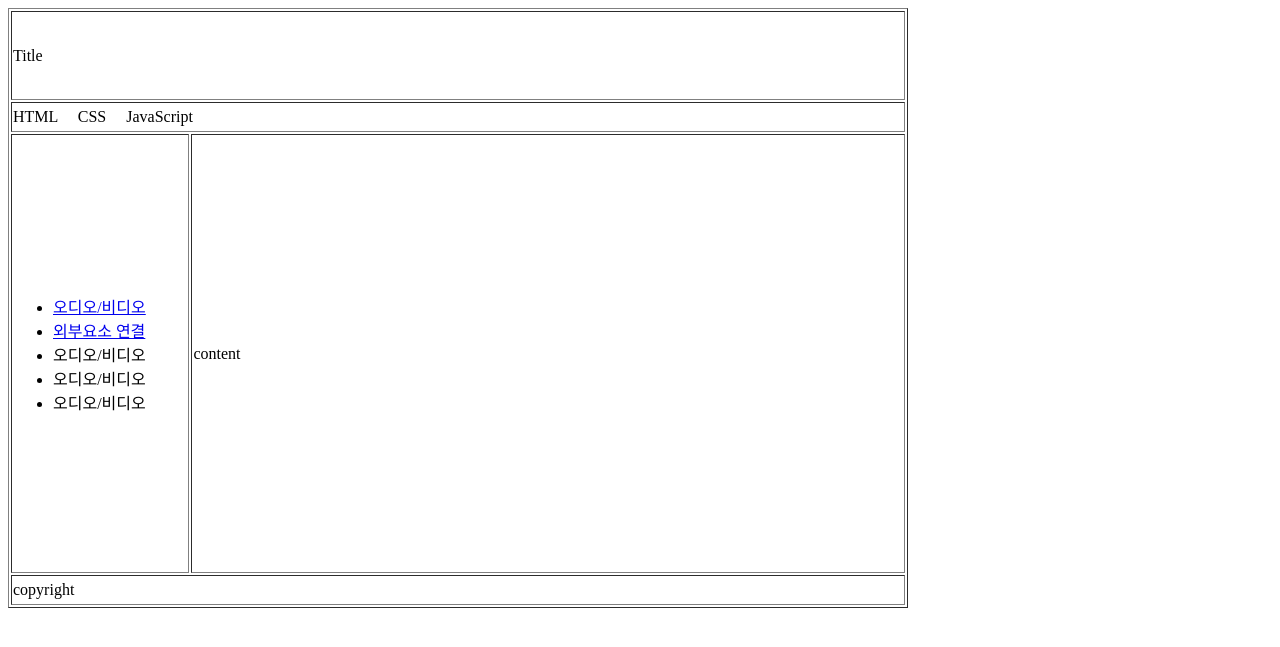
Repository: Hwangjiwon/MultiCampus
Page: 2Study/WebContent/html/iframe.html
These files come from the project's save history. The page is drawn as it stood at one moment and after the next save; the edit follows.
The browser window is 1280 px wide. The pictures show the whole page.

Above is the page before, as saved 2019-05-30 04:39:38.

### 2Study/WebContent/html/iframe.html
<!DOCTYPE html>
<html>
<head>
<meta charset="UTF-8">
<title>Insert title here</title>
</head>
<body>
	 <table border="1" width="900" height="600">
      <tr height="15%"><td colspan="2">Title</td></tr>
      <tr height="5%"><td colspan="2">HTML &nbsp;&nbsp;&nbsp; CSS &nbsp;&nbsp;&nbsp; JavaScript</td></tr>
      <tr><td width="20%">
      <ul>
         <li><a href="../index.html">오디오/비디오</a></li>
         <li><a href="../index.html">외부요소 연결</a></li>
         <li>오디오/비디오</li>
         <li>오디오/비디오</li>
         <li>오디오/비디오</li>
      </ul></td><td>content</td></tr>
      <tr height="5%"><td colspan="2">copyright</td></tr>
   </table>

</body>
</html>

After the next save:
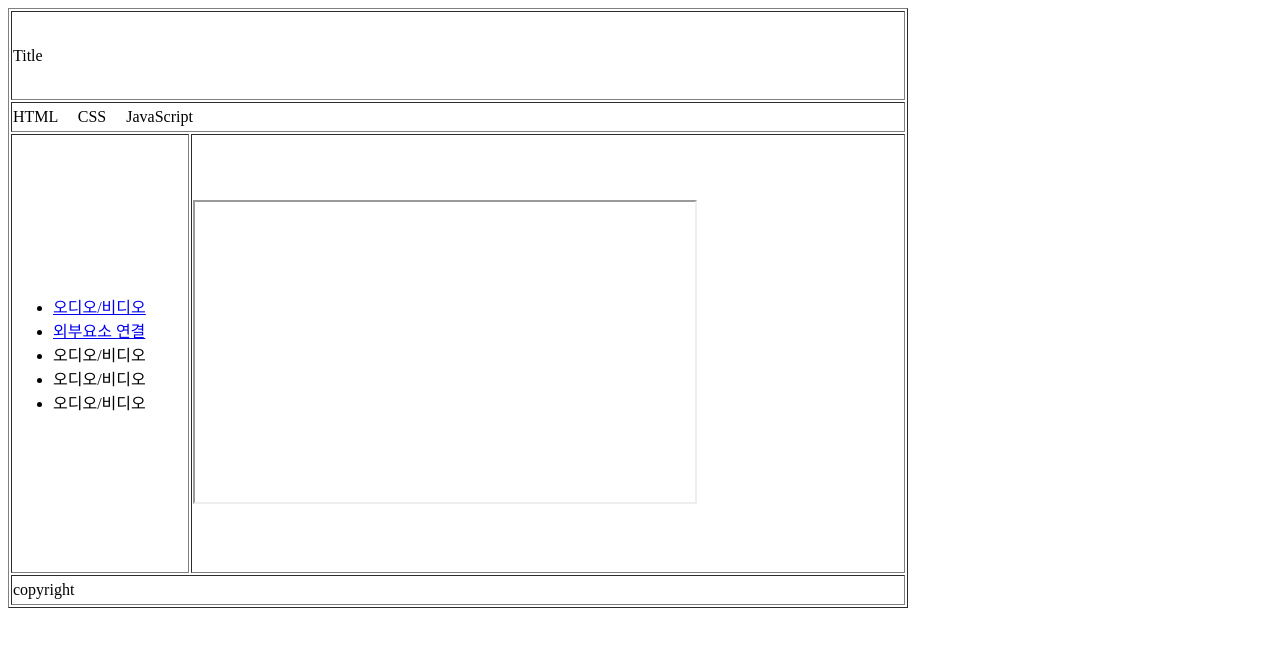
Saved 2 min 15 s later.
--- a/2Study/WebContent/html/iframe.html
+++ b/2Study/WebContent/html/iframe.html
@@ -15,7 +15,12 @@
          <li>오디오/비디오</li>
          <li>오디오/비디오</li>
          <li>오디오/비디오</li>
-      </ul></td><td>content</td></tr>
+      </ul></td><td>
+
+      	<iframe src="" name="frame2" width="500" height="300"> 외부 문서 표시 영역 	</iframe>
+
+
+      </td></tr>
       <tr height="5%"><td colspan="2">copyright</td></tr>
    </table>
 
